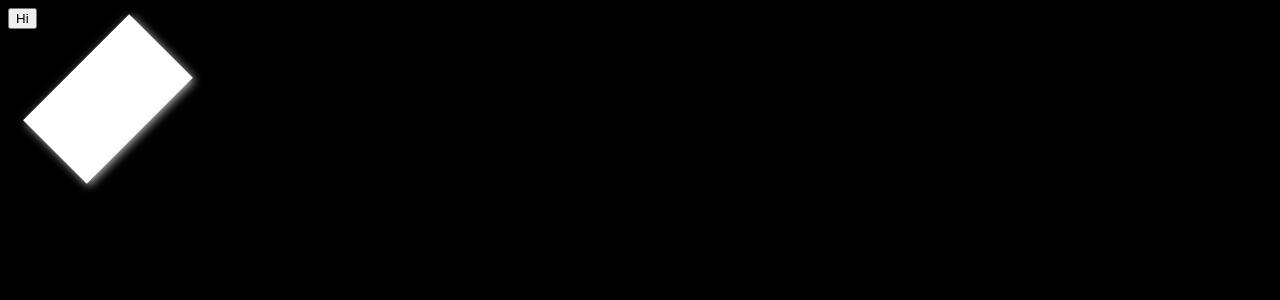
Repository: JeongminHW/Web_study
Page: HTML/myHTML/src/main/webapp/ch09/ex2.html
The author's editor kept a copy of each file at every save. The page is drawn from the files as they stood at one save, then again after the next save.
The browser window is 1280 px wide. The pictures show the whole page.

Above is the page before, as saved 2024-07-11 05:09:00.

### HTML/myHTML/src/main/webapp/ch09/ex2.html
<!DOCTYPE html>
<html>
<head>
<meta charset="UTF-8">
<title>Insert title here</title>
<style type="text/css">
	.screen{
   background-color: #fff;
   margin: 25px;
   padding: 5px;
   width: 140px;
   height: 80px;
   transform: rotate(-45deg);
   box-shadow: 0 3px 10px rgb(255 255 255 / 70%);
}
</style>
<script type="text/javascript">
	function btnClick() {
		alert(1);
		// 디버깅
		console.log("hello");
	}
</script>
</head>
<body style="background-color: black">
	<!-- onclink 이벤트 -->
	<input type="button" value="Hi" onclick="btnClick()">
	<div class="screen"></div>
</body>
</html>

After the next save:
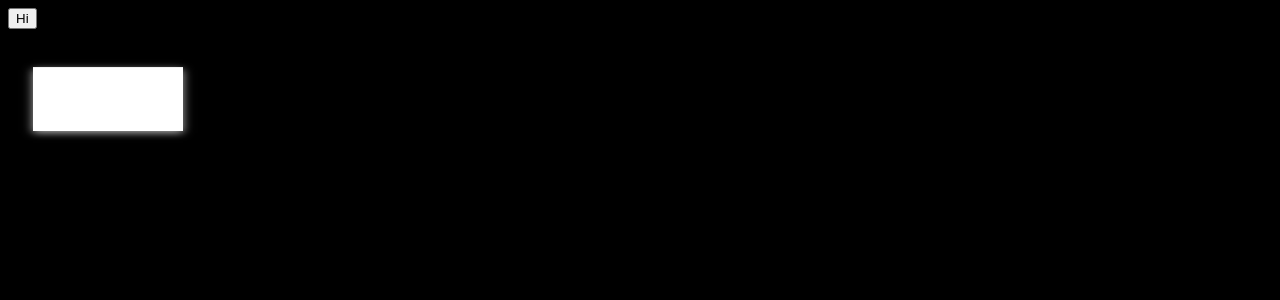
Saved 4 s later.
--- a/HTML/myHTML/src/main/webapp/ch09/ex2.html
+++ b/HTML/myHTML/src/main/webapp/ch09/ex2.html
@@ -10,7 +10,7 @@
    padding: 5px;
    width: 140px;
    height: 80px;
-   transform: rotate(-45deg);
+   transform: rotateX(-45deg);
    box-shadow: 0 3px 10px rgb(255 255 255 / 70%);
 }
 </style>
